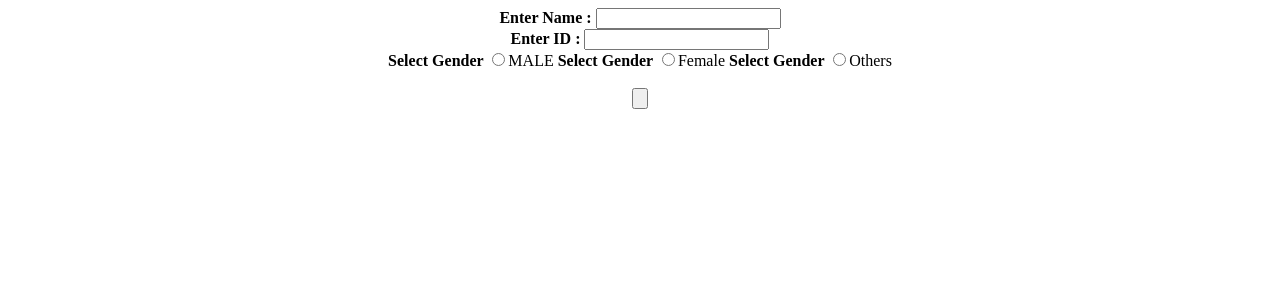
Repository: VIJAYkollu-7568/rakhi
Page: ServletProject/src/main/webapp/form.html
The author's editor kept a copy of each file at every save. The page is drawn from the files as they stood at one save, then again after the next save.
The browser window is 1280 px wide. The pictures show the whole page.

Above is the page before, as saved 2024-11-05 13:58:14.

After the next save:
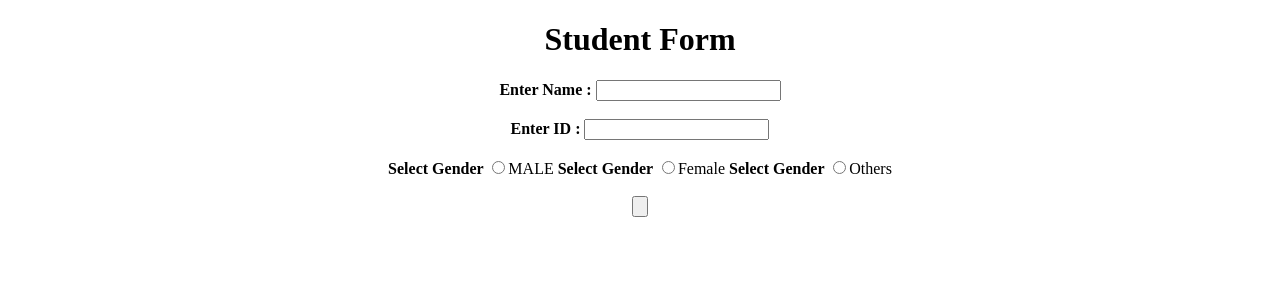
Saved 61 s later.
--- a/ServletProject/src/main/webapp/form.html
+++ b/ServletProject/src/main/webapp/form.html
@@ -6,10 +6,11 @@
 </head>
 <body>
 <form align="center">
+<b><h1>Student Form</h1></b>
 <b>Enter Name : </b><input type="text" name="101">
-<br>
+<br><br>
 <b>Enter ID : </b><input type="text" name="102">
-<br>
+<br><br>
 <b> Select Gender </b><input type="radio" name="103">MALE
 <b> Select Gender </b><input type="radio" name="104">Female
 <b> Select Gender </b><input type="radio" name="105">Others
